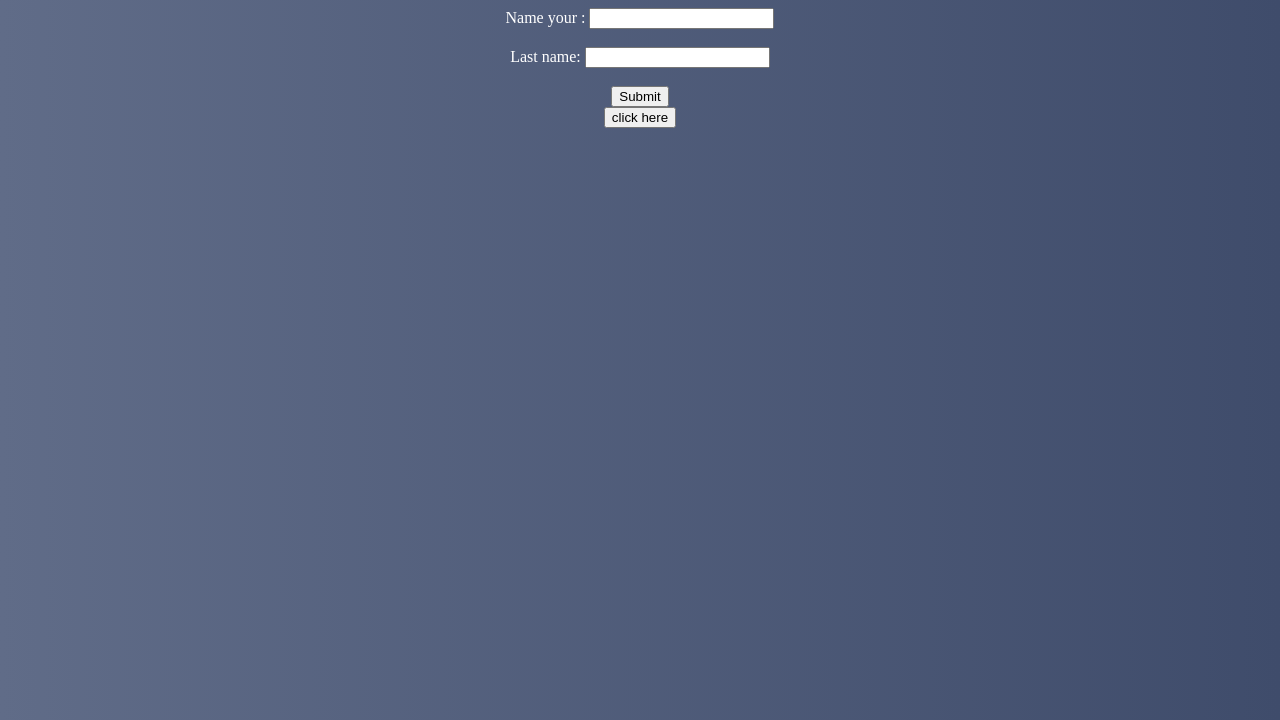
Repository: Darkingfired/Game
Page: index.html
The author's editor kept a copy of each file at every save. The page is drawn from the files as they stood at one save, then again after a run of saves.
The browser window is 1280 px wide. The pictures show the whole page.

Above is the page before, as saved 2022-09-04 14:42:40.
Console error: ReferenceError: readLine is not defined

### index.html
<!DOCTYPE html>
<html lang="en">
  <head>
    <title>Hangman Game</title>
    <meta charset="UTF-8" />
    <meta http-equiv="X-UA-Compatible" content="IE=edge" />
    <meta name="viewport" content="width=device-width, initial-scale=1.0" />
    <link rel="stylesheet" href="style.css" />
    <script defer src="script.js"></script>
  </head>
  <body>
    <form action="/action_page.php" method="get">
      <label for="fname">Name your :</label>
      <input type="text" id="fname" name="fname"><br><br>
      <label for="lname">Last name:</label>
      <input type="text" id="lname" name="lname"><br><br>
      <input type="submit" value="Submit">
    </form>
    <button class="button button4"><a>click here</a></button>
  </body>
</html>

### style.css
body {
  /** background-image: linear-gradient(to right, #f46b45, #eea849); */
  background-image: linear-gradient(to right, #606c88, #3f4c6b);
  color: white;
  text-align: center;
}
.wrapper {
  width: fit-content;
  margin: auto;
}
.hint-div {
  display: flex;
  color: chartreuse;
}
.hint-button,
.reset-button,
.notification-button {
  cursor: pointer;
}
.reset-button {
  margin-left: auto;
}
.alpha {
  width: 2rem;
  height: 2rem;
  background: #ffe5b4;
  border: none;
  border-radius: 4px;
  margin: 3px;
  cursor: pointer;
}
.alpha:hover {
  background-color: #e75480;
  border: none;
}
.disabled {
  pointer-events: none;
  background-color: darkgray;
}

.word-div {
  display: inline-flex;
}
.word {
  margin-right: 1.5rem;
}
.notification {
  position: absolute;
  top: 50%;
  left: 50%;
  transform: translate(-50%, -50%);
  background: #fc6c85;
  width: 20rem;
  padding: 20px 10px;
  border-radius: 4px;
  box-shadow: 3px 3px 1px 1px rgba(0, 0, 0, 0.2);
}
.blur {
  filter: blur(2px);
}
.hidden {
  display: none;
}

### script.js
// import React from 'react';


var input_user;
readLine(prompt);

After the next 3 saves:
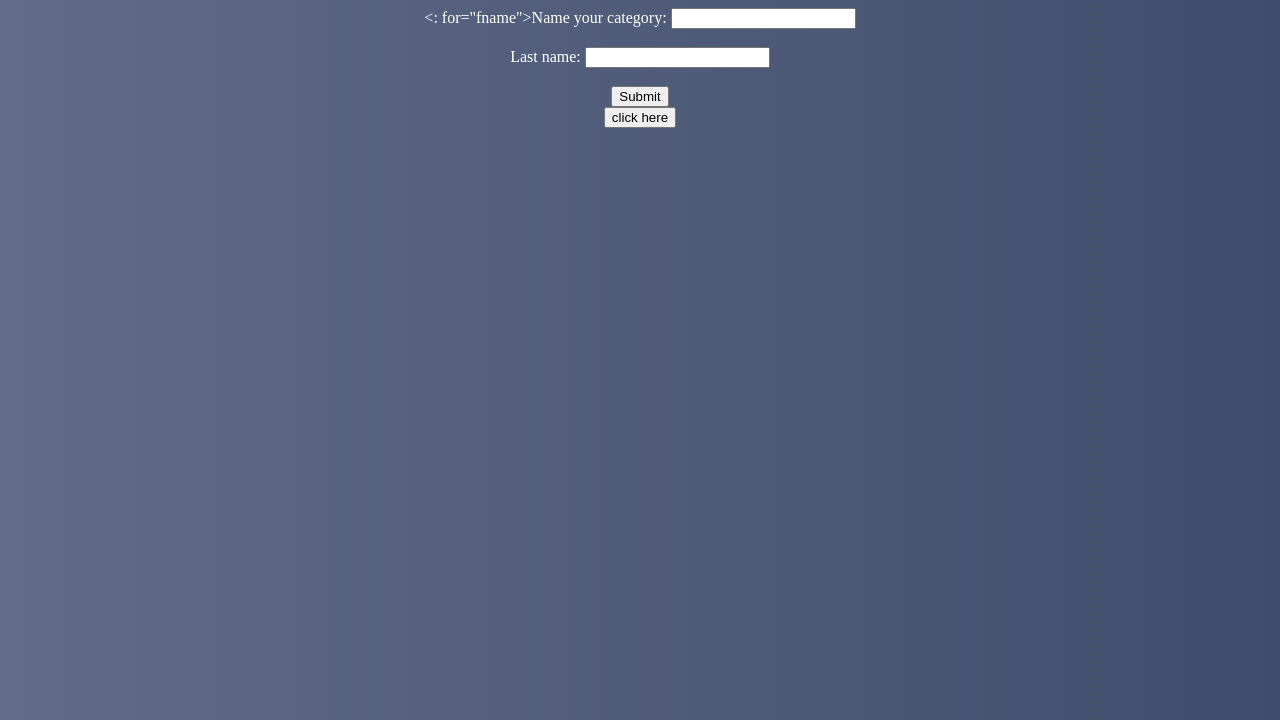
The 3 saves are shown as one change because they came seconds apart.
The last was saved 10 s later.
--- a/index.html
+++ b/index.html
@@ -10,7 +10,7 @@
   </head>
   <body>
     <form action="/action_page.php" method="get">
-      <label for="fname">Name your :</label>
+      <: for="fname">Name your category:</label>
       <input type="text" id="fname" name="fname"><br><br>
       <label for="lname">Last name:</label>
       <input type="text" id="lname" name="lname"><br><br>
